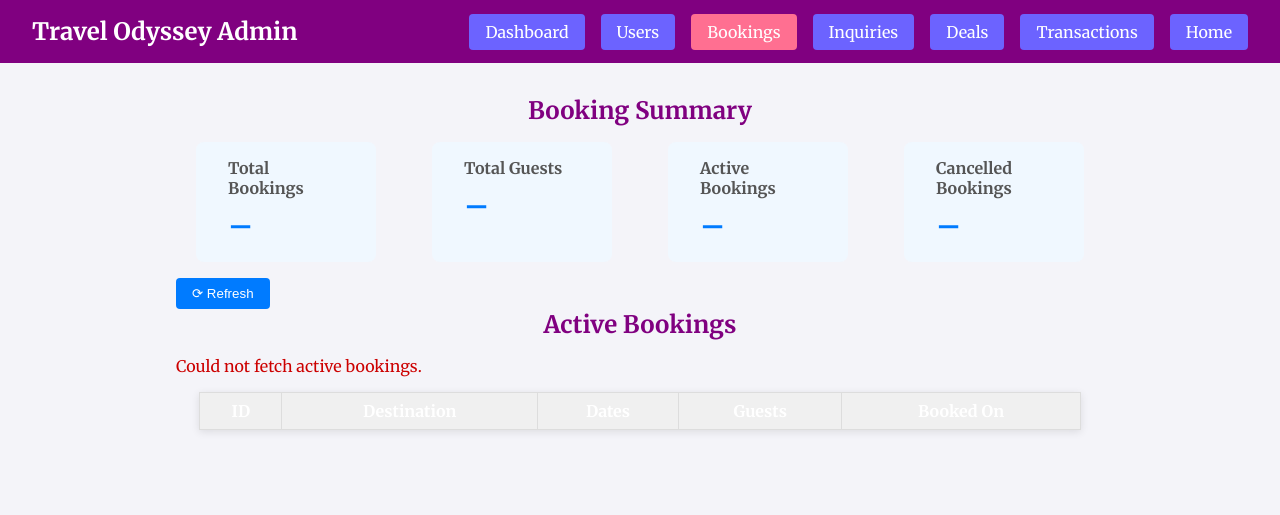
Repository: GHzPhoenix/Project-Odyssey
Page: Frontend/admin-bookings.html
These files come from the project's save history. The page is drawn as it stood at one moment and after the next save; the edit follows.
The browser window is 1280 px wide. The pictures show the whole page.
The page's requests for data from a server got no answer.

Above is the page before, as saved 2025-07-22 13:02:57.

### Frontend/admin-bookings.html
<!DOCTYPE html>
<html lang="en">
  <head>
    <meta charset="UTF-8" />
    <meta name="viewport" content="width=device-width,initial-scale=1.0" />
    <title>Admin Dashboard – Travel Odyssey</title>
    <link rel="stylesheet" href="/Frontend/css/admin.css" />
    <style>
      .kpis {
        display: flex;
        justify-content: space-around;
        flex-wrap: wrap;
        gap: 1rem;
      }
      .kpi {
        background: #f0f8ff;
        padding: 1rem 2rem;
        border-radius: 8px;
        width: 180px;
      }
      .kpi h3 {
        margin: 0 0 0.5rem;
        font-size: 1rem;
        color: #555;
      }
      .kpi p {
        margin: 0;
        font-size: 2rem;
        color: #007bff;
        font-weight: bold;
      }
      .error {
        color: #c00;
      }
      button.refresh {
        margin-top: 1rem;
        padding: 0.5rem 1rem;
        border: none;
        background: #007bff;
        color: #fff;
        border-radius: 4px;
        cursor: pointer;
      }
      button.refresh:hover {
        background: #0056b3;
      }
      table {
        width: 95%;
        margin: 1rem auto;
        border-collapse: collapse;
      }
      th,
      td {
        padding: 0.5rem;
        border: 1px solid #ddd;
        text-align: center;
      }
      th {
        background: #f0f0f0;
      }
    </style>
  </head>
  <body>
    <header>
      <nav>
        <span class="logo">Travel Odyssey Admin</span>
        <ul>
          <li><a href="admin.html">Dashboard</a></li>
          <li><a href="admin-users.html">Users</a></li>
          <li><a href="admin-bookings.html" class="active">Bookings</a></li>
          <li><a href="inquiries.html">Inquiries</a></li>
          <li><a href="add-deal.html">Deals</a></li>
          <li><a href="transactions.html">Transactions</a></li>
          <li><a href="index.html">Home</a></li>
        </ul>
      </nav>
    </header>

    <main>
      <h2>Booking Summary</h2>
      <div id="error" class="error"></div>
      <div class="kpis">
        <div class="kpi">
          <h3>Total Bookings</h3>
          <p id="total_bookings">–</p>
        </div>
        <div class="kpi">
          <h3>Total Guests</h3>
          <p id="total_guests">–</p>
        </div>
        <div class="kpi">
          <h3>Active Bookings</h3>
          <p id="active_bookings">–</p>
        </div>
        <div class="kpi">
          <h3>Cancelled Bookings</h3>
          <p id="cancelled_bookings">–</p>
        </div>
      </div>
      <button class="refresh" onclick="loadStats()">⟳ Refresh</button>

      <h2>Active Bookings</h2>
      <div id="active-error" class="error"></div>
      <table id="active-table">
        <thead>
          <tr>
            <th>ID</th>
            <th>Destination</th>
            <th>Dates</th>
            <th>Guests</th>
            <th>Booked On</th>
          </tr>
        </thead>
        <tbody>
          <tr>
            <td colspan="5">Loading…</td>
          </tr>
        </tbody>
      </table>
    </main>

    <script>
      const API_BASE = "http://127.0.0.1:5001";
      const token = localStorage.getItem("token") || "";

      async function fetchJSON(path, opts = {}) {
        opts.headers = {
          "Content-Type": "application/json",
          Authorization: "Bearer " + token,
          ...opts.headers,
        };
        const res = await fetch(API_BASE + path, opts);
        if (!res.ok) throw new Error(`HTTP ${res.status}`);
        return res.json();
      }

      async function loadStatsAndActive() {
        await loadStats();
        await loadActiveBookings();
      }

      async function loadStats() {
        try {
          const s = await fetchJSON("/api/bookings/all");
          document.getElementById("total_bookings").textContent =
            s.total_bookings;
          document.getElementById("total_guests").textContent = s.total_guests;
          document.getElementById("active_bookings").textContent =
            s.active_bookings;
          document.getElementById("cancelled_bookings").textContent =
            s.cancelled_bookings;
        } catch (err) {
          console.error(err);
        }
      }

      async function loadActiveBookings() {
        const tbody = document.querySelector("#active-table tbody");
        const errEl = document.getElementById("active-error");
        errEl.textContent = "";
        tbody.innerHTML = "<tr><td colspan='5'>Loading…</td></tr>";

        try {
          const all = await fetchJSON("/api/bookings/all");
          const active = all.filter((b) => !b.cancelled_at);

          if (active.length === 0) {
            tbody.innerHTML =
              "<tr><td colspan='5'>No active bookings.</td></tr>";
            return;
          }

          tbody.innerHTML = active
            .map((b) => {
              const from = new Date(b.start_date).toLocaleDateString();
              const to = new Date(b.end_date).toLocaleDateString();
              const on = b.created_at
                ? new Date(b.created_at).toLocaleDateString()
                : "N/A";
              return `
            <tr>
              <td>${b.id}</td>
              <td>${b.destination}</td>
              <td>${from} – ${to}</td>
              <td>${b.guests}</td>
              <td>${on}</td>
            </tr>
          `;
            })
            .join("");
        } catch (err) {
          console.error("Failed to load active bookings:", err);
          errEl.textContent = "Could not fetch active bookings.";
          tbody.innerHTML = "";
        }
      }

      document.addEventListener("DOMContentLoaded", loadStatsAndActive);
    </script>
  </body>
</html>

### Frontend/css/admin.css
@import url("https://fonts.googleapis.com/css2?family=Merriweather:wght@300;400;700&display=swap");

* {
  box-sizing: border-box;
  margin: 0;
  padding: 0;
}

body {
  font-family: "Merriweather", serif;
  background: #f4f4f9;
  color: #333;
}
.action {
  background: #6c63ff;
  color: white;
  border: none;
  padding: 0.4rem 0.8rem;
  border-radius: 4px;
  cursor: pointer;
  font-size: 0.9rem;
  transition: background 0.2s ease;
}
.action:hover {
  background: #5950d4;
}
.modal-overlay {
  display: none;
  position: fixed;
  inset: 0;
  background: rgba(0, 0, 0, 0.6);
  align-items: center;
  justify-content: center;
  z-index: 1000;
}
.modal-overlay.active {
  display: flex;
}
.modal {
  background: #fff;
  padding: 2rem;
  border-radius: 8px;
  width: 90%;
  max-width: 400px;
  box-shadow: 0 2rem 4rem rgba(0, 0, 0, 0.2);
}
.modal h2 {
  margin-bottom: 1rem;
  color: purple;
}
.modal .input-group {
  margin-bottom: 1rem;
}
.modal label {
  display: block;
  margin-bottom: 0.4rem;
  font-weight: 600;
}
.modal input[type="text"],
.modal input[type="date"] {
  width: 100%;
  padding: 0.5rem;
  border: 1px solid #ccc;
  border-radius: 4px;
}

.modal-actions {
  text-align: right;
  margin-top: 1rem;
}
.modal-actions button {
  background: #6c63ff;
  color: #fff;
  border: none;
  padding: 0.5rem 1rem;
  border-radius: 4px;
  cursor: pointer;
  margin-left: 0.5rem;
  transition: background 0.2s;
}
.modal-actions button#modal-cancel {
  background: #ccc;
  color: #333;
}
.modal-actions button:hover {
  background: #5950d4;
}

header nav {
  background: purple;
  padding: 1rem 2rem;
  display: flex;
  align-items: center;
  justify-content: space-between;
}

header nav .logo {
  color: white;
  font-size: 1.5rem;
  font-weight: bold;
}

header nav ul {
  list-style: none;
  display: flex;
  gap: 1rem;
}

header nav a {
  color: white;
  text-decoration: none;
  padding: 0.5rem 1rem;
  background: #6c63ff;
  border-radius: 4px;
  transition: background 0.2s;
}

header nav a.active,
header nav a:hover {
  background: #ff6f91;
}

main {
  max-width: 960px;
  margin: 2rem auto;
  padding: 0 1rem;
}

h1,
h2 {
  color: purple;
  margin-bottom: 1rem;
  text-align: center;
}

form {
  background: white;
  padding: 2rem;
  border-radius: 8px;
  box-shadow: 0 4px 12px rgba(0, 0, 0, 0.1);
}

form .input-group {
  margin-bottom: 1.25rem;
}

form label {
  display: block;
  margin-bottom: 0.4rem;
  font-weight: 600;
}

form input[type="text"],
form input[type="date"],
form input[type="number"],
form textarea {
  width: 100%;
  padding: 0.6rem;
  border: 1px solid #ccc;
  border-radius: 4px;
  font-size: 1rem;
}

form textarea {
  resize: vertical;
  min-height: 80px;
}

.file-input-label {
  display: inline-block;
  padding: 0.5rem 1rem;
  background: #007bff;
  color: white;
  border-radius: 4px;
  cursor: pointer;
  font-size: 0.9rem;
}

#file-chosen {
  margin-left: 0.5rem;
  font-size: 0.9rem;
  vertical-align: middle;
  color: #555;
}

input[type="file"] {
  display: none;
}

button[type="submit"] {
  background: #0b6623;
  color: white;
  padding: 0.7rem 1.4rem;
  border: none;
  border-radius: 4px;
  font-size: 1rem;
  cursor: pointer;
}

button[type="submit"]:hover {
  background: #095a1a;
}

#deal-message,
#inquiry-message {
  margin-top: 0.75rem;
  font-size: 0.9rem;
}

#deal-message.error,
#inquiry-message.error {
  color: #b00020;
}

#deal-message.success,
#inquiry-message.success {
  color: #0b6623;
}

table {
  width: 100%;
  border-collapse: collapse;
  background: white;
  margin-top: 1rem;
  box-shadow: 0 2px 8px rgba(0, 0, 0, 0.1);
}

th,
td {
  padding: 0.75rem 1rem;
  border: 1px solid #ddd;
  text-align: left;
}

th {
  background: purple;
  color: white;
  font-weight: 600;
}

tr:nth-child(even) td {
  background: #f9f9ff;
}

.inquiry-actions button {
  background: #6c63ff;
  color: white;
  border: none;
  padding: 0.4rem 0.8rem;
  border-radius: 4px;
  cursor: pointer;
  font-size: 0.9rem;
  margin-right: 0.5rem;
}

.inquiry-actions button:hover {
  background: #5950d4;
}

.deal-card {
  background: white;
  border-radius: 8px;
  box-shadow: 0 2px 8px rgba(0, 0, 0, 0.1);
  overflow: hidden;
  margin: 1rem 0;
  display: flex;
}

.deal-card img {
  width: 120px;
  object-fit: cover;
}

.deal-card-body {
  padding: 1rem;
  flex: 1;
}

.deal-card-body h3 {
  margin-bottom: 0.5rem;
}

.deal-card-body p {
  margin-bottom: 0.5rem;
}

.deal-card-body .card-button {
  background: #6c63ff;
  color: white;
  padding: 0.4rem 0.8rem;
  border-radius: 4px;
  text-decoration: none;
}

.deal-card-body .card-button:hover {
  background: #5950d4;
}

.button-link {
  display: inline-block;
  margin-top: 1.5rem;
  color: #6c63ff;
  text-decoration: underline;
}

.file-input-btn {
  display: inline-block;
  background: #6c63ff;
  color: #fff;
  padding: 0.5rem 1rem;
  border-radius: 4px;
  cursor: pointer;
  font-size: 0.9rem;
  transition: background 0.2s;
}
.file-input-btn:hover {
  background: #5950d4;
}

#modal-file-chosen {
  margin-left: 0.75rem;
  font-size: 0.9rem;
  color: #555;
  vertical-align: middle;
}

.file-input-group {
  margin-bottom: 1rem;
}

.summary {
  display: flex;
  gap: 2rem;
  flex-wrap: wrap;
}
.card {
  background: #f8f9fa;
  border-radius: 8px;
  padding: 1rem 2rem;
  text-align: center;
  flex: 1 1 150px;
}
.card h2 {
  margin: 0.5rem 0;
  font-size: 2.5rem;
  color: #007bff;
}
.card p {
  margin: 0;
  color: #6c757d;
}
button {
  margin-top: 1rem;
  padding: 0.5rem 1rem;
}

After the next save:
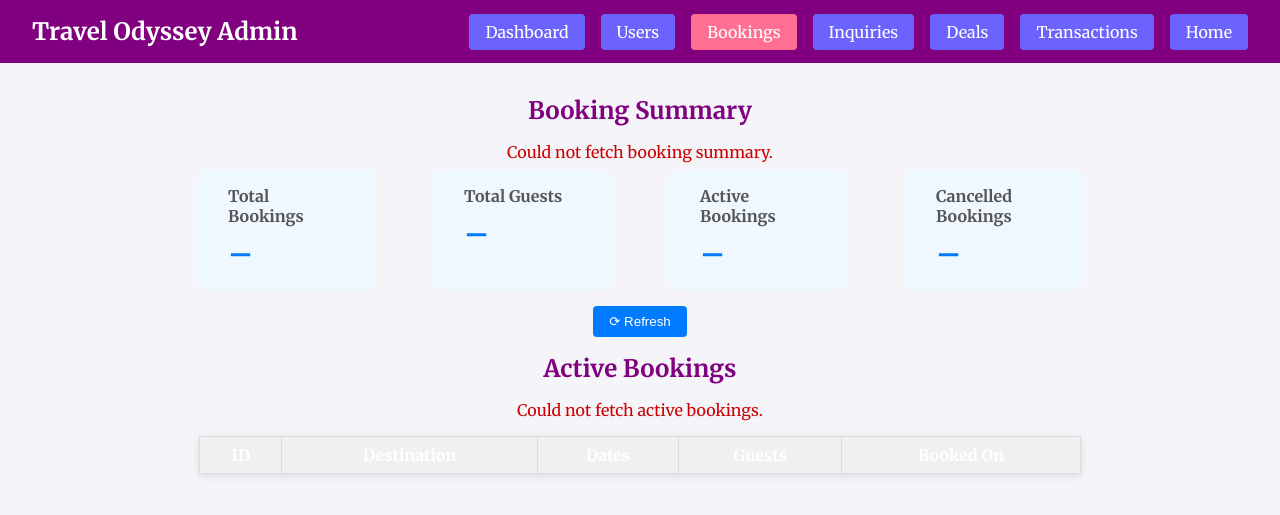
Saved 45 s later.
--- a/Frontend/admin-bookings.html
+++ b/Frontend/admin-bookings.html
@@ -31,9 +31,12 @@
       }
       .error {
         color: #c00;
+        text-align: center;
+        margin: 0.5rem 0;
       }
       button.refresh {
-        margin-top: 1rem;
+        display: block;
+        margin: 1rem auto;
         padding: 0.5rem 1rem;
         border: none;
         background: #007bff;
@@ -78,7 +81,7 @@
 
     <main>
       <h2>Booking Summary</h2>
-      <div id="error" class="error"></div>
+      <div id="summary-error" class="error"></div>
       <div class="kpis">
         <div class="kpi">
           <h3>Total Bookings</h3>
@@ -97,7 +100,7 @@
           <p id="cancelled_bookings">–</p>
         </div>
       </div>
-      <button class="refresh" onclick="loadStats()">⟳ Refresh</button>
+      <button class="refresh" onclick="loadStatsAndActive()">⟳ Refresh</button>
 
       <h2>Active Bookings</h2>
       <div id="active-error" class="error"></div>
@@ -135,22 +138,26 @@
       }
 
       async function loadStatsAndActive() {
-        await loadStats();
+        await loadSummary();
         await loadActiveBookings();
       }
 
-      async function loadStats() {
+      async function loadSummary() {
+        const errEl = document.getElementById("summary-error");
+        errEl.textContent = "";
         try {
-          const s = await fetchJSON("/api/bookings/all");
+          const stats = await fetchJSON("/api/bookings/summary");
           document.getElementById("total_bookings").textContent =
-            s.total_bookings;
-          document.getElementById("total_guests").textContent = s.total_guests;
+            stats.total_bookings;
+          document.getElementById("total_guests").textContent =
+            stats.total_guests;
           document.getElementById("active_bookings").textContent =
-            s.active_bookings;
+            stats.active_bookings;
           document.getElementById("cancelled_bookings").textContent =
-            s.cancelled_bookings;
+            stats.cancelled_bookings;
         } catch (err) {
-          console.error(err);
+          console.error("Failed to load summary:", err);
+          errEl.textContent = "Could not fetch booking summary.";
         }
       }
 
@@ -161,16 +168,13 @@
         tbody.innerHTML = "<tr><td colspan='5'>Loading…</td></tr>";
 
         try {
-          const all = await fetchJSON("/api/bookings/all");
-          const active = all.filter((b) => !b.cancelled_at);
-
-          if (active.length === 0) {
+          const list = await fetchJSON("/api/bookings/active");
+          if (list.length === 0) {
             tbody.innerHTML =
               "<tr><td colspan='5'>No active bookings.</td></tr>";
             return;
           }
-
-          tbody.innerHTML = active
+          tbody.innerHTML = list
             .map((b) => {
               const from = new Date(b.start_date).toLocaleDateString();
               const to = new Date(b.end_date).toLocaleDateString();
@@ -178,14 +182,13 @@
                 ? new Date(b.created_at).toLocaleDateString()
                 : "N/A";
               return `
-            <tr>
-              <td>${b.id}</td>
-              <td>${b.destination}</td>
-              <td>${from} – ${to}</td>
-              <td>${b.guests}</td>
-              <td>${on}</td>
-            </tr>
-          `;
+                <tr>
+                  <td>${b.id}</td>
+                  <td>${b.destination}</td>
+                  <td>${from} – ${to}</td>
+                  <td>${b.guests}</td>
+                  <td>${on}</td>
+                </tr>`;
             })
             .join("");
         } catch (err) {
